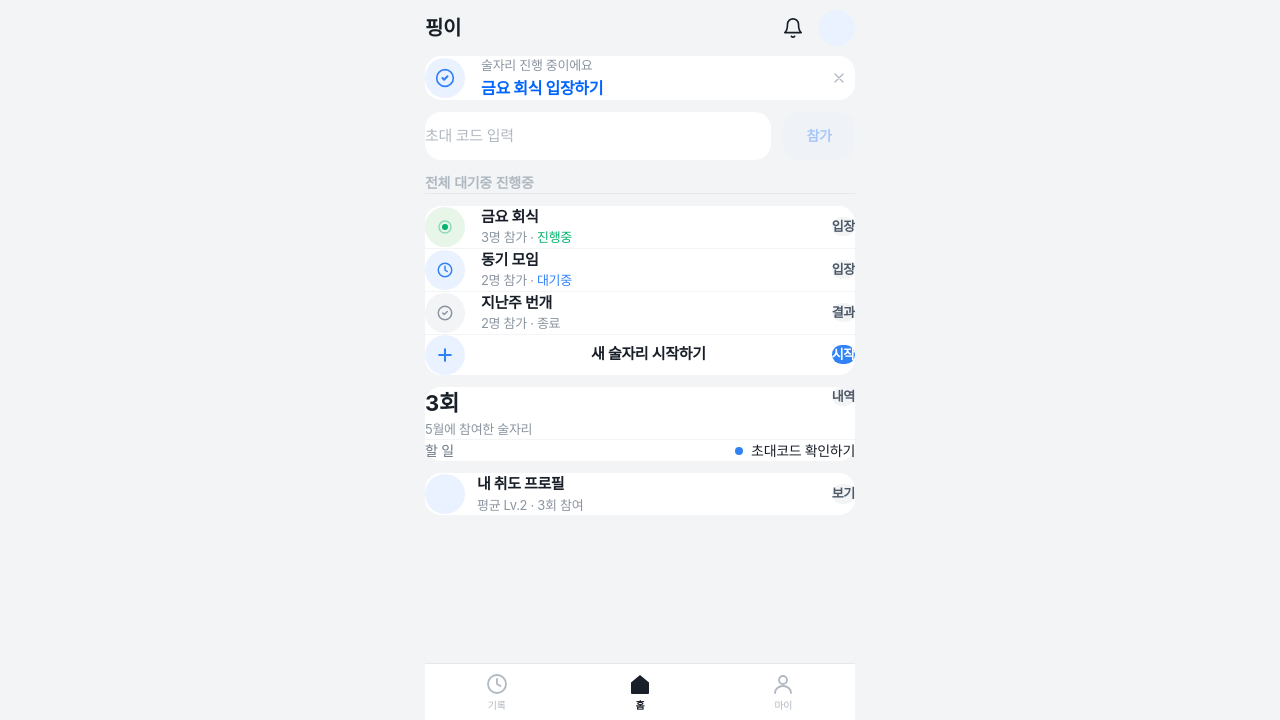
Repository: hyukwon311/Pingi-Front
Page: /home
The author's editor kept a copy of each file at every save. The page is drawn from the files as they stood at one save, then again after the next save.
The browser window is 1280 px wide. The pictures show the whole page.
The project was rebuilt for these pictures with package versions that can differ from the ones it lists, and the page was loaded fresh each time. Also part of the build but not shown: vite.config.ts, src/pages/Splash.tsx, src/components/common/Button.tsx, src/components/common/Input.tsx, src/pages/Login.tsx, src/components/common/Card.tsx, src/components/common/Badge.tsx, src/pages/History.tsx and 20 more.

Above is the page before, as saved 2026-05-16 20:24:03.

### index.html
<!doctype html>
<html lang="ko">
  <head>
    <meta charset="UTF-8" />
    <link rel="icon" type="image/svg+xml" href="/favicon.svg" />
    <meta name="viewport" content="width=device-width, initial-scale=1.0, maximum-scale=1.0, user-scalable=no" />
    <title>핑이 - Pingi</title>
  </head>
  <body>
    <div id="root"></div>
    <script type="module" src="/src/main.tsx"></script>
  </body>
</html>

### src/main.tsx
/**
 * @file main.tsx - 애플리케이션 진입점 (Entry Point)
 *
 * React 앱을 DOM에 마운트하는 최상위 파일.
 * StrictMode로 개발 시 잠재적 문제를 감지하고,
 * BrowserRouter로 클라이언트 사이드 라우팅을 활성화한다.
 */
import { StrictMode } from 'react'
import { createRoot } from 'react-dom/client'
import { BrowserRouter } from 'react-router-dom'
import App from './App'
import './index.css'

createRoot(document.getElementById('root')!).render(
  <StrictMode>
    <BrowserRouter>
      <App />
    </BrowserRouter>
  </StrictMode>,
)

### src/App.tsx
/**
 * @file App.tsx - 루트 컴포넌트 및 라우팅 설정
 *
 * 앱 전체의 라우팅 구조를 정의하는 최상위 컴포넌트.
 * AuthProvider와 SessionProvider로 전역 상태를 제공하고,
 * 페이지별 경로를 매핑한다.
 *
 * 라우트 구조:
 * - "/" : 스플래시 화면
 * - "/login" : 로그인 (닉네임 입력)
 * - TabLayout (하단 탭 바가 있는 레이아웃):
 *   - "/home" : 홈 화면
 *   - "/history" : 술자리 기록
 *   - "/mypage" : 마이페이지
 * - 세션 관련 (탭 바 없음):
 *   - "/session/create" : 새 술자리 생성
 *   - "/session/join" : 초대 코드로 참가
 *   - "/session/:id/waiting" : 대기실
 *   - "/session/:id/baseline" : 기준 발음 측정
 *   - "/session/:id/record" : 발음 테스트 녹음
 *   - "/session/:id" : 세션 대시보드 (진행 중)
 *   - "/session/:id/result" : 세션 결과
 */
import { Routes, Route } from 'react-router-dom'
import { AuthProvider } from '@/contexts/AuthContext'
import { SessionProvider } from '@/contexts/SessionContext'
import AppLayout from '@/components/layout/AppLayout'
import TabLayout from '@/components/layout/TabLayout'
import Splash from '@/pages/Splash'
import Login from '@/pages/Login'
import Home from '@/pages/Home'
import History from '@/pages/History'
import MyPage from '@/pages/MyPage'
import CreateSession from '@/pages/CreateSession'
import JoinSession from '@/pages/JoinSession'
import WaitingRoom from '@/pages/WaitingRoom'
import BaselineTest from '@/pages/BaselineTest'
import VoiceRecording from '@/pages/VoiceRecording'
import SessionDashboard from '@/pages/SessionDashboard'
import SessionResult from '@/pages/SessionResult'

export default function App() {
  return (
    <AuthProvider>
      <SessionProvider>
        <Routes>
          {/* AppLayout: 모든 페이지의 공통 레이아웃 (배경색 등) */}
          <Route element={<AppLayout />}>
            <Route path="/" element={<Splash />} />
            <Route path="/login" element={<Login />} />

            {/* TabLayout: 하단 탭 바가 포함된 메인 화면들 */}
            <Route element={<TabLayout />}>
              <Route path="/home" element={<Home />} />
              <Route path="/history" element={<History />} />
              <Route path="/mypage" element={<MyPage />} />
            </Route>

            {/* 세션 플로우: 생성 → 참가 → 대기 → 기준측정 → 진행 → 결과 */}
            <Route path="/session/create" element={<CreateSession />} />
            <Route path="/session/join" element={<JoinSession />} />
            <Route path="/session/:id/waiting" element={<WaitingRoom />} />
            <Route path="/session/:id/baseline" element={<BaselineTest />} />
            <Route path="/session/:id/record" element={<VoiceRecording />} />
            <Route path="/session/:id" element={<SessionDashboard />} />
            <Route path="/session/:id/result" element={<SessionResult />} />
          </Route>
        </Routes>
      </SessionProvider>
    </AuthProvider>
  )
}

### src/contexts/AuthContext.tsx
/**
 * @file AuthContext.tsx - 인증(로그인) 상태 관리 Context
 *
 * 사용자의 로그인/로그아웃 상태를 전역으로 관리한다.
 * localStorage에 사용자 정보를 저장하여 새로고침 후에도 로그인이 유지된다.
 *
 * 사용법:
 * - 컴포넌트에서 `useAuth()` 훅으로 { user, login, logout }에 접근
 * - App.tsx에서 <AuthProvider>로 앱 전체를 감싸야 한다
 */
import { createContext, useContext, useState, useCallback, type ReactNode } from 'react'
import type { User } from '@/types/user'

/** 인증 Context가 제공하는 상태와 액션 */
interface AuthState {
  user: User | null
  login: (user: User) => void
  logout: () => void
}

const AuthContext = createContext<AuthState | null>(null)

/**
 * 인증 상태를 제공하는 Provider 컴포넌트.
 * 초기화 시 localStorage에서 이전 로그인 정보를 복원한다.
 */
export function AuthProvider({ children }: { children: ReactNode }) {
  const [user, setUser] = useState<User | null>(() => {
    const stored = localStorage.getItem('pingi_user')
    return stored ? JSON.parse(stored) : null
  })

  /** 로그인: 사용자 정보를 state와 localStorage에 저장 */
  const login = useCallback((u: User) => {
    setUser(u)
    localStorage.setItem('pingi_user', JSON.stringify(u))
  }, [])

  /** 로그아웃: state를 초기화하고 localStorage에서 제거 */
  const logout = useCallback(() => {
    setUser(null)
    localStorage.removeItem('pingi_user')
  }, [])

  return (
    <AuthContext.Provider value={{ user, login, logout }}>
      {children}
    </AuthContext.Provider>
  )
}

/**
 * 인증 상태에 접근하는 커스텀 훅.
 * AuthProvider 바깥에서 호출하면 에러를 던진다.
 */
export function useAuth() {
  const ctx = useContext(AuthContext)
  if (!ctx) throw new Error('useAuth must be used within AuthProvider')
  return ctx
}

### src/contexts/SessionContext.tsx
/**
 * @file SessionContext.tsx - 현재 세션 상태 관리 Context
 *
 * 진행 중인 술자리 세션의 전역 상태를 useReducer 패턴으로 관리한다.
 * 세션 정보 설정, 참가자 업데이트, 음주량 변경, 초기화 등의 액션을 지원한다.
 *
 * 사용법:
 * - 컴포넌트에서 `useSessionContext()` 훅으로 { state, dispatch }에 접근
 * - 편의상 `useSession()` 훅 (hooks/useSession.ts)을 사용하는 것을 권장
 */
import { createContext, useContext, useReducer, type ReactNode, type Dispatch } from 'react'
import type { Session, Participant } from '@/types/session'

/** 세션 리듀서가 처리하는 액션 타입들 */
type SessionAction =
  | { type: 'SET_SESSION'; payload: Session }               // 세션 전체 데이터 설정
  | { type: 'UPDATE_PARTICIPANT'; payload: Participant }     // 특정 참가자 정보 갱신
  | { type: 'UPDATE_DRINK_COUNT'; payload: { userId: string; count: number } }  // 음주량 변경
  | { type: 'CLEAR' }                                       // 세션 초기화 (퇴장 시)

interface SessionState {
  session: Session | null
}

const initialState: SessionState = { session: null }

/**
 * 세션 상태 리듀서.
 * 불변성을 유지하며 세션 데이터를 업데이트한다.
 */
function reducer(state: SessionState, action: SessionAction): SessionState {
  switch (action.type) {
    case 'SET_SESSION':
      return { session: action.payload }
    case 'UPDATE_PARTICIPANT':
      if (!state.session) return state
      return {
        session: {
          ...state.session,
          participants: state.session.participants.map((p) =>
            p.user.id === action.payload.user.id ? action.payload : p,
          ),
        },
      }
    case 'UPDATE_DRINK_COUNT':
      if (!state.session) return state
      return {
        session: {
          ...state.session,
          participants: state.session.participants.map((p) =>
            p.user.id === action.payload.userId
              ? { ...p, drinkCount: Math.max(0, action.payload.count) }
              : p,
          ),
        },
      }
    case 'CLEAR':
      return initialState
    default:
      return state
  }
}

const SessionContext = createContext<{ state: SessionState; dispatch: Dispatch<SessionAction> } | null>(null)

/** 세션 상태를 제공하는 Provider 컴포넌트 */
export function SessionProvider({ children }: { children: ReactNode }) {
  const [state, dispatch] = useReducer(reducer, initialState)
  return (
    <SessionContext.Provider value={{ state, dispatch }}>
      {children}
    </SessionContext.Provider>
  )
}

/**
 * 세션 Context에 접근하는 커스텀 훅.
 * SessionProvider 바깥에서 호출하면 에러를 던진다.
 */
export function useSessionContext() {
  const ctx = useContext(SessionContext)
  if (!ctx) throw new Error('useSessionContext must be used within SessionProvider')
  return ctx
}

### src/components/layout/AppLayout.tsx
/**
 * @file AppLayout.tsx - 최상위 앱 레이아웃
 *
 * 모든 페이지를 감싸는 루트 레이아웃 컴포넌트.
 * 최소 높이를 화면 전체(dvh)로 설정하고 회색 배경을 적용한다.
 * <Outlet />으로 하위 라우트의 페이지 컴포넌트가 렌더링된다.
 */
import { Outlet } from 'react-router-dom'

export default function AppLayout() {
  return (
    <div className="flex flex-col min-h-dvh bg-grey-100">
      <Outlet />
    </div>
  )
}

### src/components/layout/TabLayout.tsx
/**
 * @file TabLayout.tsx - 탭 바 포함 레이아웃
 *
 * 하단 탭 바(BottomTabBar)가 있는 메인 화면(홈, 기록, 마이페이지)의 레이아웃.
 * 탭 바 높이만큼 하단 패딩을 주어 컨텐츠가 탭 바에 가려지지 않도록 한다.
 */
import { Outlet } from 'react-router-dom'
import BottomTabBar from './BottomTabBar'

export default function TabLayout() {
  return (
    <>
      <div className="pb-[calc(56px+env(safe-area-inset-bottom))]">
        <Outlet />
      </div>
      <BottomTabBar />
    </>
  )
}

### src/pages/Home.tsx
import { useState } from 'react'
import { useNavigate } from 'react-router-dom'
import { useAuth } from '@/contexts/AuthContext'
import Header from '@/components/layout/Header'
import PageTransition from '@/components/layout/PageTransition'
import AlertBanner from '@/components/home/AlertBanner'
import SessionListCard from '@/components/home/SessionListCard'
import SectionTabs from '@/components/home/SectionTabs'
import StatsSummaryCard from '@/components/home/StatsSummaryCard'
import ProfileCard from '@/components/home/ProfileCard'
import type { Session } from '@/types/session'

const TABS = ['전체', '대기중', '진행중']

const mockSessions: Session[] = [
  {
    id: '1',
    name: '금요 회식',
    hostId: '1',
    inviteCode: 'ABC123',
    status: 'active',
    participants: [
      { user: { id: '1', nickname: '나' }, drunkLevel: 1, drinkCount: 2, isReady: true, levelHistory: [] },
      { user: { id: '2', nickname: '친구1' }, drunkLevel: 2, drinkCount: 3, isReady: true, levelHistory: [] },
      { user: { id: '3', nickname: '친구2' }, drunkLevel: 1, drinkCount: 1, isReady: true, levelHistory: [] },
    ],
    createdAt: Date.now() - 3600000,
    startedAt: Date.now() - 1800000,
  },
  {
    id: '2',
    name: '동기 모임',
    hostId: '2',
    inviteCode: 'DEF456',
    status: 'waiting',
    participants: [
      { user: { id: '1', nickname: '나' }, drunkLevel: 0, drinkCount: 0, isReady: false, levelHistory: [] },
      { user: { id: '4', nickname: '동기1' }, drunkLevel: 0, drinkCount: 0, isReady: true, levelHistory: [] },
    ],
    createdAt: Date.now() - 600000,
  },
  {
    id: '3',
    name: '지난주 번개',
    hostId: '1',
    inviteCode: 'GHI789',
    status: 'finished',
    participants: [
      { user: { id: '1', nickname: '나' }, drunkLevel: 3, drinkCount: 5, isReady: true, levelHistory: [] },
      { user: { id: '5', nickname: '친구3' }, drunkLevel: 2, drinkCount: 4, isReady: true, levelHistory: [] },
    ],
    createdAt: Date.now() - 86400000 * 7,
    startedAt: Date.now() - 86400000 * 7,
    finishedAt: Date.now() - 86400000 * 7 + 14400000,
  },
]

function filterSessions(sessions: Session[], tabIndex: number): Session[] {
  switch (tabIndex) {
    case 0: return sessions.filter((s) => s.status === 'active' || s.status === 'baseline')
    case 1: return sessions.filter((s) => s.status === 'waiting')
    case 2: return sessions.filter((s) => s.status === 'finished')
    default: return sessions
  }
}

export default function Home() {
  const { user } = useAuth()
  const navigate = useNavigate()
  const [activeTab, setActiveTab] = useState(3)
  const [inviteCode, setInviteCode] = useState('')

  const activeSession = mockSessions.find((s) => s.status === 'active')
  const filteredSessions = filterSessions(mockSessions, activeTab)
  const currentMonth = new Date().getMonth() + 1
  const monthlyCount = mockSessions.filter((s) => {
    const d = new Date(s.createdAt)
    return d.getMonth() + 1 === currentMonth
  }).length

  const handleJoin = () => {
    if (inviteCode.trim()) {
      navigate(`/session/join?code=${inviteCode.trim()}`)
    }
  }

  return (
    <PageTransition>
      <Header
        variant="home"
        title="핑이"
        right={
          <>
            <button className="w-9 h-9 flex items-center justify-center rounded-full active:bg-grey-200 transition-colors">
              <svg width="22" height="22" viewBox="0 0 24 24" fill="none">
                <path d="M18 8A6 6 0 106 8c0 7-3 9-3 9h18s-3-2-3-9" stroke="currentColor" strokeWidth="1.8" strokeLinecap="round" strokeLinejoin="round" />
                <path d="M13.73 21a2 2 0 01-3.46 0" stroke="currentColor" strokeWidth="1.8" strokeLinecap="round" strokeLinejoin="round" />
              </svg>
            </button>
            <button
              onClick={() => navigate('/mypage')}
              className="w-9 h-9 rounded-full bg-pingi-50 flex items-center justify-center text-[13px] font-bold text-pingi-600"
            >
              {user?.nickname.charAt(0)}
            </button>
          </>
        }
      />

      <div className="flex flex-col gap-3 pb-6">
        <AlertBanner
          sessionId={activeSession?.id}
          sessionName={activeSession?.name}
        />

        <div className="mx-5 flex gap-3 items-center">
          <input
            placeholder="초대 코드 입력"
            value={inviteCode}
            onChange={(e) => setInviteCode(e.target.value)}
            className="flex-1 min-w-0 h-[48px] px-4 rounded-2xl border-none bg-white text-grey-900 text-[15px] placeholder:text-grey-400 focus:outline-none focus:ring-2 focus:ring-pingi-500/20 transition-all"
          />
          <button
            onClick={handleJoin}
            disabled={!inviteCode.trim()}
            className="shrink-0 h-[48px] w-[72px] rounded-2xl bg-pingi-50 text-pingi-600 text-[14px] font-semibold active:bg-pingi-100 transition-all disabled:opacity-30 disabled:pointer-events-none"
          >
            참가
          </button>
        </div>

        <SectionTabs tabs={TABS} activeIndex={activeTab} onChange={setActiveTab} />

        <SessionListCard sessions={filteredSessions} />

        <StatsSummaryCard totalSessions={monthlyCount} month={currentMonth} />

        <ProfileCard
          nickname={user?.nickname ?? ''}
          avgLevel={2}
          totalCount={mockSessions.length}
        />
      </div>
    </PageTransition>
  )
}

### src/components/layout/PageTransition.tsx
/**
 * @file PageTransition.tsx - 페이지 전환 애니메이션 래퍼
 *
 * 페이지가 마운트될 때 fade-in 애니메이션을 적용하는 래퍼 컴포넌트.
 * 각 페이지의 최상위를 이 컴포넌트로 감싸면 부드러운 전환 효과가 적용된다.
 */
import type { ReactNode } from 'react'

interface PageTransitionProps {
  children: ReactNode
}

export default function PageTransition({ children }: PageTransitionProps) {
  return <div className="animate-fade-in">{children}</div>
}

### src/components/layout/Header.tsx
/**
 * @file Header.tsx - 페이지 상단 헤더 컴포넌트
 *
 * 두 가지 형태를 지원한다:
 * - 'home': 홈 화면용 (왼쪽 타이틀, 오른쪽 액션 영역)
 * - 'sub': 서브 페이지용 (뒤로가기 버튼, 가운데 타이틀, 오른쪽 액션 영역)
 *
 * @param variant - 'home' | 'sub' (기본값: 'sub')
 * @param title - 헤더에 표시할 제목
 * @param showBack - 뒤로가기 버튼 표시 여부 (sub에서만 유효)
 * @param right - 오른쪽 영역에 렌더링할 React 노드
 */
import { useNavigate } from 'react-router-dom'

interface HeaderProps {
  variant?: 'home' | 'sub'
  title?: string
  showBack?: boolean
  right?: React.ReactNode
}

export default function Header({ variant = 'sub', title, showBack = false, right }: HeaderProps) {
  const navigate = useNavigate()

  if (variant === 'home') {
    return (
      <header className="sticky top-0 z-40 flex items-center justify-between h-[56px] px-6 bg-grey-100/80 backdrop-blur-xl">
        <h1 className="text-[20px] font-bold text-grey-900">{title}</h1>
        <div className="flex items-center gap-2">{right}</div>
      </header>
    )
  }

  return (
    <header className="sticky top-0 z-40 flex items-center justify-between h-[56px] px-6 bg-grey-100/80 backdrop-blur-xl">
      <div className="w-10">
        {showBack && (
          <button onClick={() => navigate(-1)} className="flex items-center justify-center w-10 h-10 -ml-2 rounded-xl active:bg-grey-200 transition-colors">
            <svg width="24" height="24" viewBox="0 0 24 24" fill="none">
              <path d="M15 18l-6-6 6-6" stroke="currentColor" strokeWidth="2" strokeLinecap="round" strokeLinejoin="round" />
            </svg>
          </button>
        )}
      </div>
      {title && <h1 className="text-[17px] font-bold text-grey-900">{title}</h1>}
      <div className="w-10 flex justify-end">{right}</div>
    </header>
  )
}

### src/components/home/AlertBanner.tsx
/**
 * @file AlertBanner.tsx - 진행 중인 세션 알림 배너
 *
 * 홈 화면 상단에 표시되는 배너로, 현재 진행 중인 술자리가 있을 때
 * "술자리 진행 중이에요" 메시지와 함께 세션 입장 버튼을 보여준다.
 * X 버튼으로 배너를 숨길 수 있다.
 *
 * @param sessionId - 진행 중인 세션 ID (없으면 배너 미표시)
 * @param sessionName - 세션 이름
 */
import { useState } from 'react'
import { useNavigate } from 'react-router-dom'

interface AlertBannerProps {
  sessionId?: string
  sessionName?: string
}

export default function AlertBanner({ sessionId, sessionName }: AlertBannerProps) {
  const [dismissed, setDismissed] = useState(false)
  const navigate = useNavigate()

  if (dismissed || !sessionId) return null

  return (
    <div className="mx-5 mt-2 px-7 py-6 bg-white rounded-2xl flex items-center gap-4">
      <div className="w-10 h-10 rounded-full bg-pingi-50 flex items-center justify-center shrink-0">
        <svg width="20" height="20" viewBox="0 0 24 24" fill="none">
          <path d="M9 12l2 2 4-4" stroke="var(--color-pingi-500)" strokeWidth="2.5" strokeLinecap="round" strokeLinejoin="round" />
          <circle cx="12" cy="12" r="10" stroke="var(--color-pingi-500)" strokeWidth="2" />
        </svg>
      </div>
      <div className="flex-1 min-w-0">
        <p className="text-[13px] text-grey-500">술자리 진행 중이에요</p>
        <button
          onClick={() => navigate(`/session/${sessionId}`)}
          className="text-[16px] font-bold text-pingi-600 mt-0.5"
        >
          {sessionName || '진행 중인 세션'} 입장하기
        </button>
      </div>
      <button
        onClick={() => setDismissed(true)}
        className="shrink-0 w-8 h-8 flex items-center justify-center rounded-full text-grey-400 active:bg-grey-100 transition-colors"
      >
        <svg width="16" height="16" viewBox="0 0 24 24" fill="none">
          <path d="M18 6L6 18M6 6l12 12" stroke="currentColor" strokeWidth="2" strokeLinecap="round" />
        </svg>
      </button>
    </div>
  )
}

### src/components/home/SectionTabs.tsx
/**
 * @file SectionTabs.tsx - 섹션 탭 전환 컴포넌트
 *
 * 홈 화면에서 "전체 / 대기중 / 진행중" 등의 탭을 표시하고,
 * 활성 탭에 하단 인디케이터(밑줄)를 보여준다.
 *
 * @param tabs - 탭 라벨 배열 (예: ['전체', '대기중', '진행중'])
 * @param activeIndex - 현재 활성 탭 인덱스
 * @param onChange - 탭 변경 시 호출되는 콜백
 */
interface SectionTabsProps {
  tabs: string[]
  activeIndex: number
  onChange: (index: number) => void
}

export default function SectionTabs({ tabs, activeIndex, onChange }: SectionTabsProps) {
  return (
    <div className="mx-5 flex items-center gap-1 border-b border-grey-200">
      {tabs.map((tab, i) => {
        const isActive = i === activeIndex
        return (
          <button
            key={tab}
            onClick={() => onChange(i)}
            className={`relative px-4 py-3 text-[14px] font-semibold transition-colors ${
              isActive ? 'text-grey-900' : 'text-grey-400'
            }`}
          >
            {tab}
            {isActive && (
              <span className="absolute bottom-0 left-1/2 -translate-x-1/2 w-[calc(100%-16px)] h-[2px] bg-grey-900 rounded-full" />
            )}
          </button>
        )
      })}
    </div>
  )
}

### src/components/home/StatsSummaryCard.tsx
import { useNavigate } from 'react-router-dom'

interface StatsSummaryCardProps {
  totalSessions: number
  month: number
}

export default function StatsSummaryCard({ totalSessions, month }: StatsSummaryCardProps) {
  const navigate = useNavigate()

  return (
    <div className="mx-5 bg-white rounded-2xl px-7 py-7">
      <div className="flex items-start justify-between">
        <div>
          <p className="text-[22px] font-bold text-grey-900">{totalSessions}회</p>
          <p className="text-[13px] text-grey-500 mt-1">{month}월에 참여한 술자리</p>
        </div>
        <button
          onClick={() => navigate('/history')}
          className="px-4 py-2 rounded-xl bg-grey-100 text-grey-700 text-[13px] font-semibold active:bg-grey-200 transition-colors"
        >
          내역
        </button>
      </div>

      <div className="mt-4 pt-4 border-t border-grey-100 flex items-center justify-between">
        <span className="text-[14px] text-grey-600">할 일</span>
        <div className="flex items-center gap-2">
          <span className="w-2 h-2 rounded-full bg-pingi-500" />
          <span className="text-[14px] text-grey-900 font-medium">초대코드 확인하기</span>
        </div>
      </div>
    </div>
  )
}

### src/components/home/ProfileCard.tsx
/**
 * @file ProfileCard.tsx - 홈 화면 내 프로필 요약 카드
 *
 * 사용자의 닉네임 이니셜, 평균 취도 레벨, 총 참여 횟수를 요약 표시한다.
 * "보기" 버튼 클릭 시 마이페이지로 이동한다.
 *
 * @param nickname - 사용자 닉네임
 * @param avgLevel - 평균 취도 레벨
 * @param totalCount - 총 참여 횟수
 */
import { useNavigate } from 'react-router-dom'

interface ProfileCardProps {
  nickname: string
  avgLevel: number
  totalCount: number
}

export default function ProfileCard({ nickname, avgLevel, totalCount }: ProfileCardProps) {
  const navigate = useNavigate()

  return (
    <div className="mx-5 bg-white rounded-2xl px-7 py-6">
      <div className="flex items-center justify-between">
        <div className="flex items-center gap-3">
          <div className="w-10 h-10 rounded-full bg-pingi-50 flex items-center justify-center text-[15px] font-bold text-pingi-600">
            {nickname.charAt(0)}
          </div>
          <div>
            <p className="text-[15px] font-bold text-grey-900">내 취도 프로필</p>
            <p className="text-[13px] text-grey-500 mt-0.5">
              평균 Lv.{avgLevel} · {totalCount}회 참여
            </p>
          </div>
        </div>
        <button
          onClick={() => navigate('/mypage')}
          className="px-4 py-2 rounded-xl bg-grey-100 text-grey-700 text-[13px] font-semibold active:bg-grey-200 transition-colors"
        >
          보기
        </button>
      </div>
    </div>
  )
}

Loaded but not shown: src/components/home/SessionListCard.tsx (128 lines, source omitted); src/components/layout/BottomTabBar.tsx (84 lines, source omitted); src/index.css (110 lines, source omitted)

After the next save:
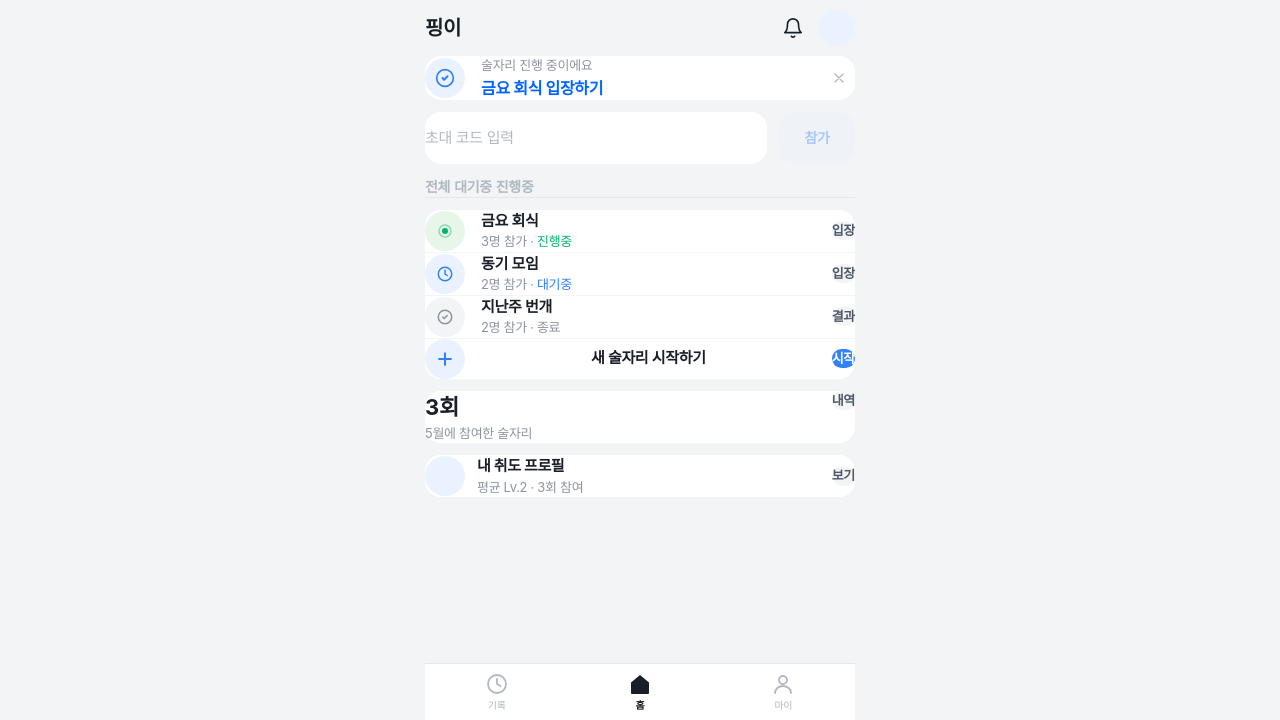
Saved 6 min 48 s later.
--- a/src/pages/Home.tsx
+++ b/src/pages/Home.tsx
@@ -118,12 +118,12 @@ export default function Home() {
             placeholder="초대 코드 입력"
             value={inviteCode}
             onChange={(e) => setInviteCode(e.target.value)}
-            className="flex-1 min-w-0 h-[48px] px-4 rounded-2xl border-none bg-white text-grey-900 text-[15px] placeholder:text-grey-400 focus:outline-none focus:ring-2 focus:ring-pingi-500/20 transition-all"
+            className="flex-1 min-w-0 h-[52px] px-5 rounded-2xl border-none bg-white text-grey-900 text-[15px] placeholder:text-grey-400 focus:outline-none focus:ring-2 focus:ring-pingi-500/20 transition-all"
           />
           <button
             onClick={handleJoin}
             disabled={!inviteCode.trim()}
-            className="shrink-0 h-[48px] w-[72px] rounded-2xl bg-pingi-50 text-pingi-600 text-[14px] font-semibold active:bg-pingi-100 transition-all disabled:opacity-30 disabled:pointer-events-none"
+            className="shrink-0 h-[52px] w-[76px] rounded-2xl bg-pingi-50 text-pingi-600 text-[14px] font-semibold active:bg-pingi-100 transition-all disabled:opacity-30 disabled:pointer-events-none"
           >
             참가
           </button>
--- a/src/components/home/StatsSummaryCard.tsx
+++ b/src/components/home/StatsSummaryCard.tsx
@@ -22,14 +22,6 @@ export default function StatsSummaryCard({ totalSessions, month }: StatsSummaryC
           내역
         </button>
       </div>
-
-      <div className="mt-4 pt-4 border-t border-grey-100 flex items-center justify-between">
-        <span className="text-[14px] text-grey-600">할 일</span>
-        <div className="flex items-center gap-2">
-          <span className="w-2 h-2 rounded-full bg-pingi-500" />
-          <span className="text-[14px] text-grey-900 font-medium">초대코드 확인하기</span>
-        </div>
-      </div>
     </div>
   )
 }
